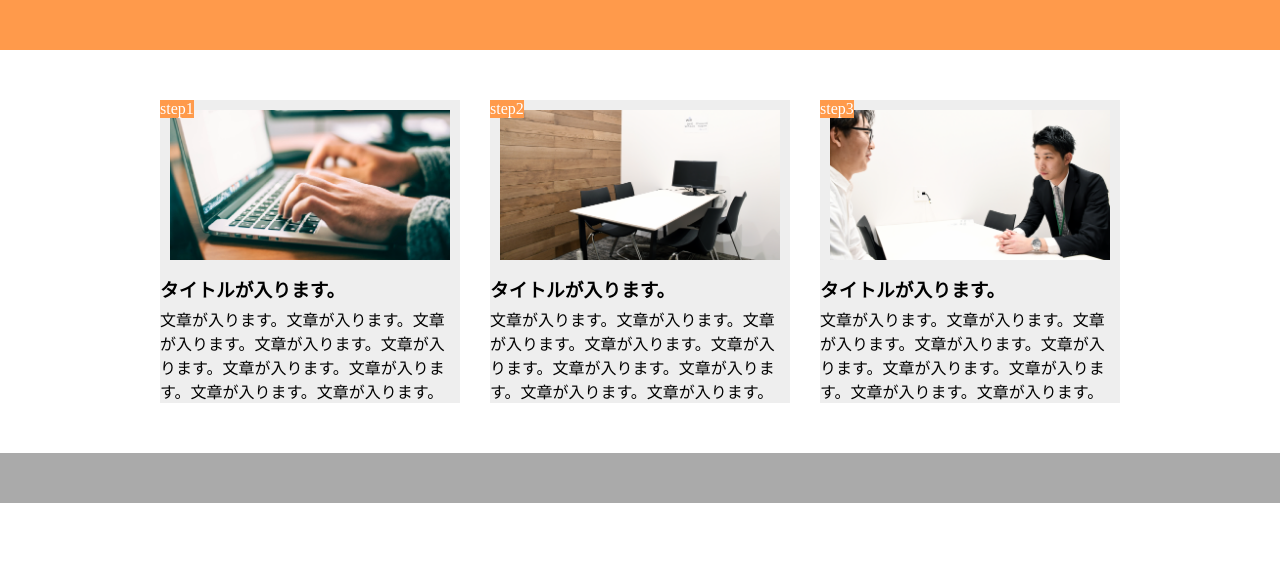
Repository: papisi-zu/book1
Page: exercises9/exercises9.html
The author's editor kept a record of every edit. The page is drawn from the files as they stood at one moment, then again after the next edit.
The browser window is 1280 px wide. The pictures show the whole page.

Above is the page before.

### exercises9/exercises9.html
<!DOCTYPE html>
<html lang="ja">
  <head>
    <meta charset="UTF-8" />
    <link rel="stylesheet" href="exercises9.css" />
    <title>exercises9</title>
  </head>

  <body>
    <header></header>
    <main>
      <section class="main-box">
        <span class="step">step1</span>
        <div class="step-image1"></div>
        <h3 class="main-title">タイトルが入ります。</h3>
        <P class="main-text">文章が入ります。文章が入ります。文章が入ります。文章が入ります。文章が入ります。文章が入ります。文章が入ります。文章が入ります。文章が入ります。</P>
      </section>
      <section class="main-box">
        <span class="step">step2</span>
        <div class="step-image2"></div>
        <h3 class="main-title">タイトルが入ります。</h3>
        <P class="main-text">文章が入ります。文章が入ります。文章が入ります。文章が入ります。文章が入ります。文章が入ります。文章が入ります。文章が入ります。文章が入ります。</P>
      </section>
      <section class="main-box">
        <span class="step">step3</span>
        <div class="step-image3"></div>
        <h3 class="main-title">タイトルが入ります。</h3>
        <P class="main-text">文章が入ります。文章が入ります。文章が入ります。文章が入ります。文章が入ります。文章が入ります。文章が入ります。文章が入ります。文章が入ります。</P>
      </section>
    </main>
    <footer></footer>
  </body>
</html>

### exercises9/exercises9.css
* {
  margin: 0;
  padding: 0;
  box-sizing: border-box;
}

header {
  width: 100%;
  height: 50px;
  background-color: #FF9A4B;
}

main {
  width: 960px;
  display: flex;
  justify-content: center;
  margin: 0 auto;
  padding: 50px 0;
}

.main-box {
  width: 300px;
  background-color: #EEEEEE;
  position: relative;
  display: inline-block;
  margin-right: 30px;
}

.main-box:nth-child(3) {
  margin-right: 0;
}

.step {
  background-color: #FF9A4B;
  color: #fff;
  position: absolute;
  top: 0;
  left: 0;
}

.step-image1 {
  height: 150px;
  background-image: url(img/flow01.png);
  background-size: cover;
  background-position: bottom;
  display: block;
  margin: 10px 10px 15px 10px;
}

.step-image2 {
  height: 150px;
  background-image: url(img/flow02.png);
  background-size: cover;
  background-position: bottom;
  display: block;
  margin: 10px 10px 15px 10px;
}

.step-image3 {
  height: 150px;
  background-image: url(img/flow03.png);
  background-size: cover;
  background-position: bottom;
  display: block;
  margin: 10px 10px 15px 10px;
}

.main-title {
  margin-bottom: 5px;
}

footer {
  width: 100%;
  height: 50px;
  background-color: #AAAAAA;
}

After the next edit:
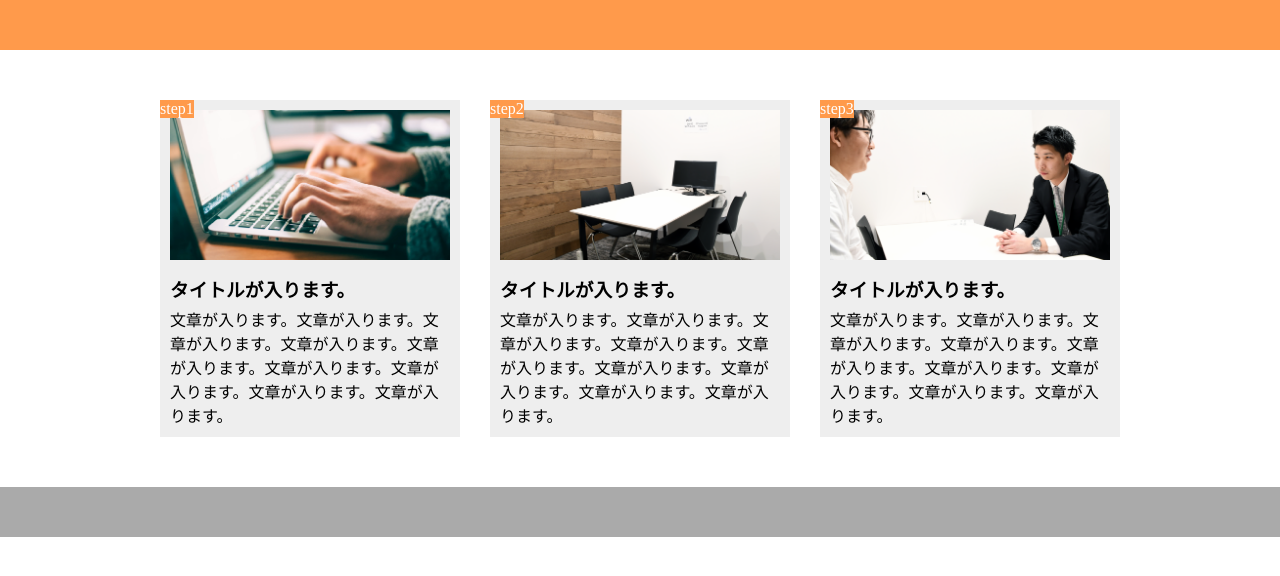
The edit:
--- a/exercises9/exercises9.css
+++ b/exercises9/exercises9.css
@@ -67,6 +67,12 @@
 
 .main-title {
   margin-bottom: 5px;
+  margin-left: 10px;
+  margin-right: 10px;
+}
+
+.main-text {
+  margin:5px 10px 10px 10px;
 }
 
 footer {
